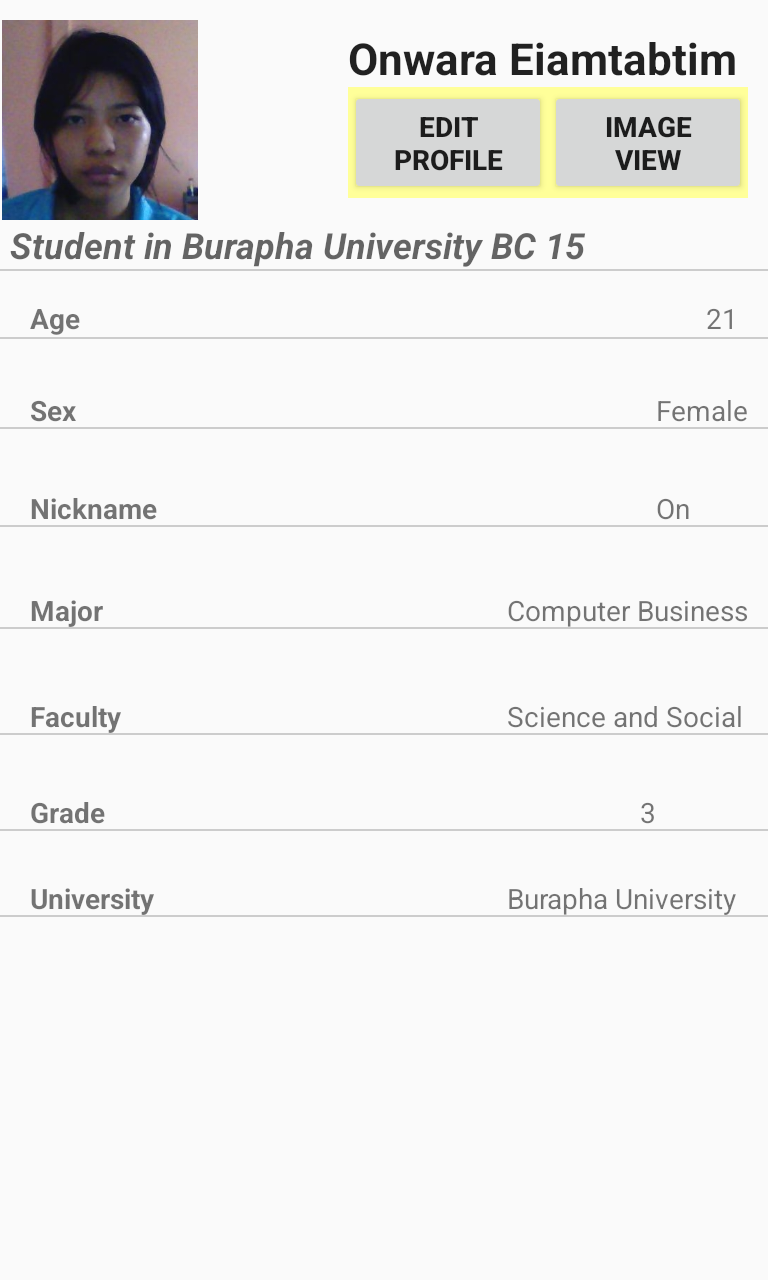
Repository: Android55410599/PROFILE
Layout: Resume_55410559/res/layout/activity_main.xml
The author's editor kept a copy of each file at every save. The layout is drawn from the files as they stood at one save, then again after the next save.
It is drawn on a 768 x 1280 px phone screen (xhdpi) without system bars, with theme AppTheme; the app's code is not run.

Above is the layout before, as saved 2014-09-03 13:11:02.

### Resume_55410559/res/layout/activity_main.xml
<RelativeLayout xmlns:android="http://schemas.android.com/apk/res/android"
    xmlns:tools="http://schemas.android.com/tools"
    android:layout_width="match_parent"
    android:layout_height="match_parent"
    tools:context="com.example.resume_55410599.MainActivity" >

    <LinearLayout
        android:id="@+id/linearLayout1"
        android:layout_width="100dp"
        android:layout_height="100dp"
        android:layout_marginTop="10dp" >

        <ImageView
            android:id="@+id/imageView1"
            android:layout_width="wrap_content"
            android:layout_height="wrap_content"
            android:src="@drawable/enn" />
    </LinearLayout>

    <TextView
        android:id="@+id/textView1"
        android:layout_width="wrap_content"
        android:layout_height="wrap_content"
        android:layout_alignLeft="@+id/linearLayout3"
        android:layout_alignParentTop="true"
        android:layout_marginTop="14dp"
        android:text="Onwara Eiamtabtim"
        android:textAppearance="?android:attr/textAppearanceLarge"
        android:textStyle="bold" />

    <LinearLayout
        android:id="@+id/linearLayout3"
        android:layout_width="wrap_content"
        android:layout_height="wrap_content"
        android:layout_alignParentRight="true"
        android:layout_below="@id/textView1"
        android:layout_marginRight="10dp"
        android:background="#FFFF99" >

        <Button
            android:id="@+id/btn1"
            android:layout_width="100dp"
            android:layout_height="wrap_content"
            android:text="Edit Profile"
            android:textStyle="bold" />

        <Button
            android:id="@+id/btnimg"
            android:layout_width="100dp"
            android:layout_height="wrap_content"
            android:text="Image View"
            android:textStyle="bold" />

    </LinearLayout>

    <LinearLayout
        android:id="@+id/linearLayout2"
        android:layout_width="match_parent"
        android:layout_height="wrap_content"
        android:layout_alignParentLeft="true"
        android:layout_below="@+id/linearLayout1" >

        <TextView
            android:id="@+id/textView2"
            android:layout_width="wrap_content"
            android:layout_height="wrap_content"
            android:layout_marginLeft="5dp"
            android:text="Student in Burapha University BC 15"
            android:textAppearance="?android:attr/textAppearanceMedium"
            android:textStyle="bold|italic" />

    </LinearLayout>

    <View
        android:id="@+id/view1"
        android:layout_width="wrap_content"
        android:layout_height="1dp"
        android:layout_alignParentLeft="true"
        android:layout_below="@+id/linearLayout2"
        android:background="#cccccc" />

    <TextView
        android:id="@+id/textView3"
        android:layout_width="wrap_content"
        android:layout_height="wrap_content"
        android:layout_alignParentLeft="true"
        android:layout_below="@+id/view1"
        android:layout_marginLeft="15dp"
        android:layout_marginTop="14dp"
        android:text="Age"
        android:textStyle="bold" />

    <TextView
        android:id="@+id/textView4"
        android:layout_width="wrap_content"
        android:layout_height="wrap_content"
        android:layout_alignBaseline="@+id/textView3"
        android:layout_alignBottom="@+id/textView3"
        android:layout_alignRight="@+id/textView1"
        android:text="21" />

    <TextView
        android:id="@+id/textView5"
        android:layout_width="wrap_content"
        android:layout_height="wrap_content"
        android:layout_alignBottom="@+id/view3"
        android:layout_alignLeft="@+id/textView3"
        android:text="Sex"
        android:textStyle="bold" />

    <TextView
        android:id="@+id/textView6"
        android:layout_width="wrap_content"
        android:layout_height="wrap_content"
        android:layout_alignBottom="@+id/view3"
        android:layout_alignRight="@+id/linearLayout3"
        android:text="Female" />

    <TextView
        android:id="@+id/textView7"
        android:layout_width="wrap_content"
        android:layout_height="wrap_content"
        android:layout_alignBottom="@+id/View01"
        android:layout_alignLeft="@+id/textView5"
        android:text="Nickname"
        android:textStyle="bold" />

    <TextView
        android:id="@+id/textView8"
        android:layout_width="wrap_content"
        android:layout_height="wrap_content"
        android:layout_alignBottom="@+id/View01"
        android:layout_alignLeft="@+id/textView6"
        android:text="On" />

    <View
        android:id="@+id/View05"
        android:layout_width="wrap_content"
        android:layout_height="1dp"
        android:layout_alignParentLeft="true"
        android:layout_below="@+id/View04"
        android:layout_marginTop="42dp"
        android:background="#cccccc" />

    <View
        android:id="@+id/view2"
        android:layout_width="wrap_content"
        android:layout_height="1dp"
        android:layout_alignParentLeft="true"
        android:layout_below="@+id/textView3"
        android:background="#cccccc" />

    <View
        android:id="@+id/view3"
        android:layout_width="wrap_content"
        android:layout_height="1dp"
        android:layout_alignParentLeft="true"
        android:layout_below="@+id/view2"
        android:layout_marginTop="44dp"
        android:background="#cccccc" />

    <View
        android:id="@+id/View01"
        android:layout_width="wrap_content"
        android:layout_height="1dp"
        android:layout_alignParentLeft="true"
        android:layout_below="@+id/textView5"
        android:layout_marginTop="48dp"
        android:background="#cccccc" />

    <View
        android:id="@+id/View02"
        android:layout_width="wrap_content"
        android:layout_height="1dp"
        android:layout_alignParentLeft="true"
        android:layout_below="@+id/textView7"
        android:layout_marginTop="50dp"
        android:background="#cccccc" />

    <View
        android:id="@+id/View03"
        android:layout_width="wrap_content"
        android:layout_height="1dp"
        android:layout_alignParentLeft="true"
        android:layout_below="@+id/View02"
        android:layout_marginTop="52dp"
        android:background="#cccccc" />

    <View
        android:id="@+id/View04"
        android:layout_width="wrap_content"
        android:layout_height="1dp"
        android:layout_alignParentLeft="true"
        android:layout_below="@+id/View03"
        android:layout_marginTop="47dp"
        android:background="#cccccc" />

    <TextView
        android:id="@+id/textView10"
        android:layout_width="wrap_content"
        android:layout_height="wrap_content"
        android:layout_alignBottom="@+id/View02"
        android:layout_alignRight="@+id/textView6"
        android:text="Computer Business" />

    <TextView
        android:id="@+id/textView11"
        android:layout_width="wrap_content"
        android:layout_height="wrap_content"
        android:layout_alignBottom="@+id/View03"
        android:layout_alignLeft="@+id/textView7"
        android:text="Faculty"
        android:textStyle="bold" />

    <TextView
        android:id="@+id/textView12"
        android:layout_width="wrap_content"
        android:layout_height="wrap_content"
        android:layout_alignBottom="@+id/View03"
        android:layout_alignLeft="@+id/textView10"
        android:text="Science and Social " />

    <TextView
        android:id="@+id/textView13"
        android:layout_width="wrap_content"
        android:layout_height="wrap_content"
        android:layout_alignBottom="@+id/View04"
        android:layout_alignLeft="@+id/textView11"
        android:text="Grade"
        android:textStyle="bold" />

    <TextView
        android:id="@+id/textView15"
        android:layout_width="wrap_content"
        android:layout_height="wrap_content"
        android:layout_alignBottom="@+id/View05"
        android:layout_alignLeft="@+id/textView13"
        android:text="University"
        android:textStyle="bold" />

    <TextView
        android:id="@+id/textView16"
        android:layout_width="wrap_content"
        android:layout_height="wrap_content"
        android:layout_alignBottom="@+id/View05"
        android:layout_alignLeft="@+id/textView12"
        android:text="Burapha University" />

    <TextView
        android:id="@+id/textView9"
        android:layout_width="wrap_content"
        android:layout_height="wrap_content"
        android:layout_above="@+id/View03"
        android:layout_alignLeft="@+id/textView7"
        android:text="Major"
        android:textStyle="bold" />

    <TextView
        android:id="@+id/textView14"
        android:layout_width="wrap_content"
        android:layout_height="wrap_content"
        android:layout_alignBottom="@+id/View04"
        android:layout_toLeftOf="@+id/textView8"
        android:text="3" />

</RelativeLayout>

Loaded but not shown: Resume_55410559/res/values/styles.xml (common file); Resume_55410559/res/values-v11/styles.xml (common file); Resume_55410559/res/values-v14/styles.xml (common file)

After the next save:
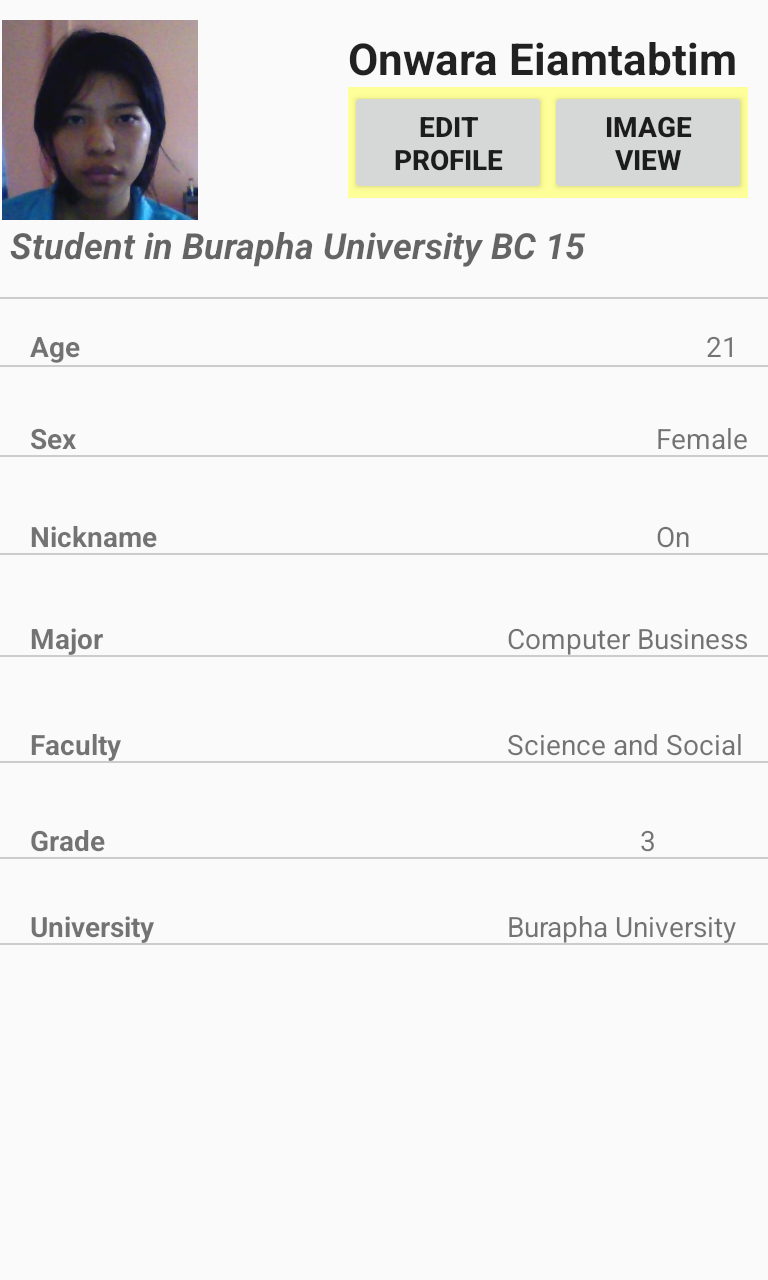
Saved 5 min 29 s later.
--- a/Resume_55410559/res/layout/activity_main.xml
+++ b/Resume_55410559/res/layout/activity_main.xml
@@ -71,14 +71,6 @@
 
     </LinearLayout>
 
-    <View
-        android:id="@+id/view1"
-        android:layout_width="wrap_content"
-        android:layout_height="1dp"
-        android:layout_alignParentLeft="true"
-        android:layout_below="@+id/linearLayout2"
-        android:background="#cccccc" />
-
     <TextView
         android:id="@+id/textView3"
         android:layout_width="wrap_content"
@@ -143,14 +135,6 @@
         android:background="#cccccc" />
 
     <View
-        android:id="@+id/view2"
-        android:layout_width="wrap_content"
-        android:layout_height="1dp"
-        android:layout_alignParentLeft="true"
-        android:layout_below="@+id/textView3"
-        android:background="#cccccc" />
-
-    <View
         android:id="@+id/view3"
         android:layout_width="wrap_content"
         android:layout_height="1dp"
@@ -263,4 +247,21 @@
         android:layout_toLeftOf="@+id/textView8"
         android:text="3" />
 
+    <View
+        android:id="@+id/view1"
+        android:layout_width="wrap_content"
+        android:layout_height="1dp"
+        android:layout_alignParentLeft="true"
+        android:layout_below="@+id/linearLayout2"
+        android:layout_marginTop="14dp"
+        android:background="#cccccc" />
+
+    <View
+        android:id="@+id/view2"
+        android:layout_width="wrap_content"
+        android:layout_height="1dp"
+        android:layout_alignParentLeft="true"
+        android:layout_below="@+id/textView3"
+        android:background="#cccccc" />
+
 </RelativeLayout>
